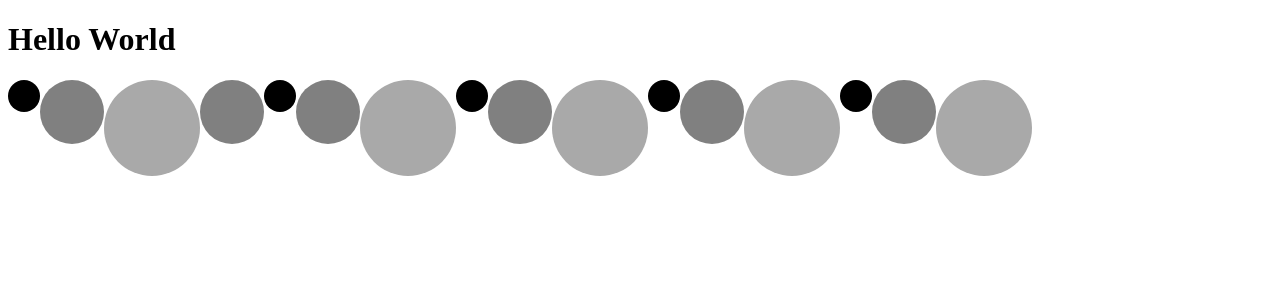
Repository: sarahlochhead/css-demo
Page: index.html
The author's editor kept a copy of each file at every save. The page is drawn from the files as they stood at one save, then again after a run of saves.
The browser window is 1280 px wide. The pictures show the whole page.

Above is the page before, as saved 2023-04-28 12:29:50.

After the next 3 saves:
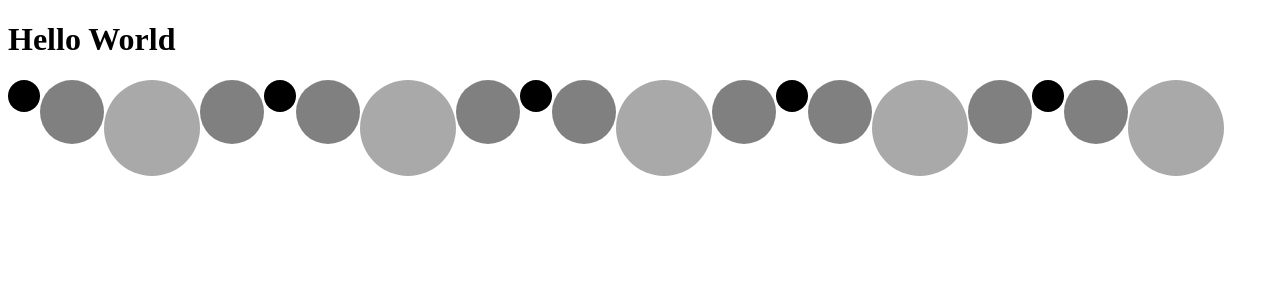
The 3 saves are shown as one change because they came seconds apart.
The last was saved 16 s later.
--- a/index.html
+++ b/index.html
@@ -19,12 +19,15 @@
         <div class="small"></div>
         <div class="medium"></div>
         <div class="large"></div>
+        <div class="medium"></div>
         <div class="small"></div>
         <div class="medium"></div>
         <div class="large"></div>
+        <div class="medium"></div>
         <div class="small"></div>
         <div class="medium"></div>
         <div class="large"></div>
+        <div class="medium"></div>
         <div class="small"></div>
         <div class="medium"></div>
         <div class="large"></div>
